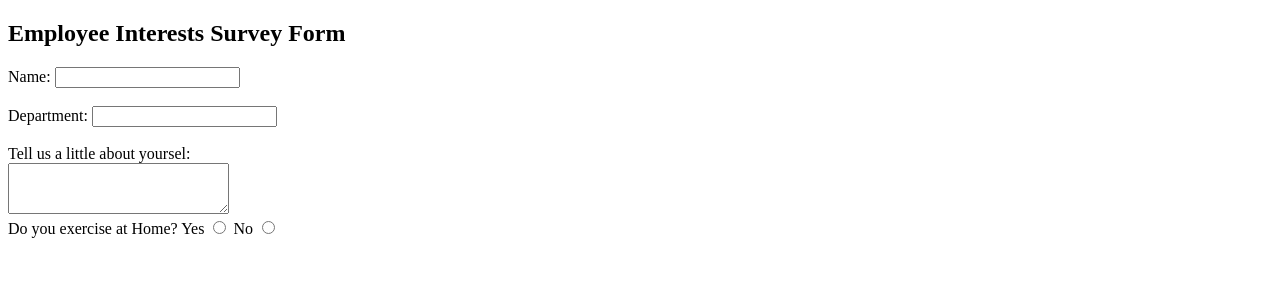
Repository: JoaoLemesDEV/Exercise-Survey-Form
Page: index.html
The author's editor kept a copy of each file at every save. The page is drawn from the files as they stood at one save, then again after the next save.
The browser window is 1280 px wide. The pictures show the whole page.

Above is the page before, as saved 2021-10-10 18:25:50.

### index.html
<!DOCTYPE html>
<html lang="en">
<head>
  <meta charset="UTF-8">
  <meta http-equiv="X-UA-Compatible" content="IE=edge">
  <meta name="viewport" content="width=device-width, initial-scale=1.0">
  <title>Survey Form</title>
</head>
<body>
  <h2>Employee Interests Survey Form</h2>
  <label for="name">Name: </label>
  <input type="text" name="name" id=""><br><br>
  <label for="dep">Department:</label>
  <input type="text" name="dep" id=""><br><br>
  <label for="comment">Tell us a little about yoursel:</label><br>
  <textarea name="comment" id="comment" cols="25" rows="3"></textarea><br>
  <label for="question01">Do you exercise at Home?</label>
    <label for="">Yes</label>
      <input type="radio" name="question01" id="question01">
    <label for="">No</label>
      <input type="radio" name="" id="">



</body>
</html>

After the next save:
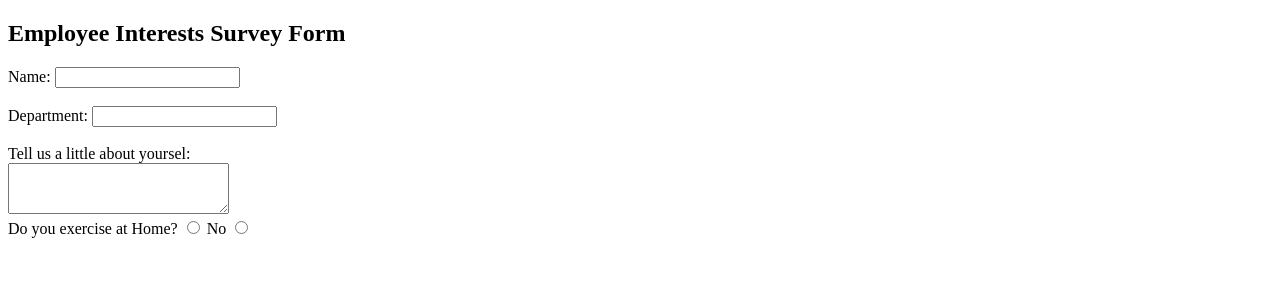
Saved 4 s later.
--- a/index.html
+++ b/index.html
@@ -15,7 +15,7 @@
   <label for="comment">Tell us a little about yoursel:</label><br>
   <textarea name="comment" id="comment" cols="25" rows="3"></textarea><br>
   <label for="question01">Do you exercise at Home?</label>
-    <label for="">Yes</label>
+
       <input type="radio" name="question01" id="question01">
     <label for="">No</label>
       <input type="radio" name="" id="">
